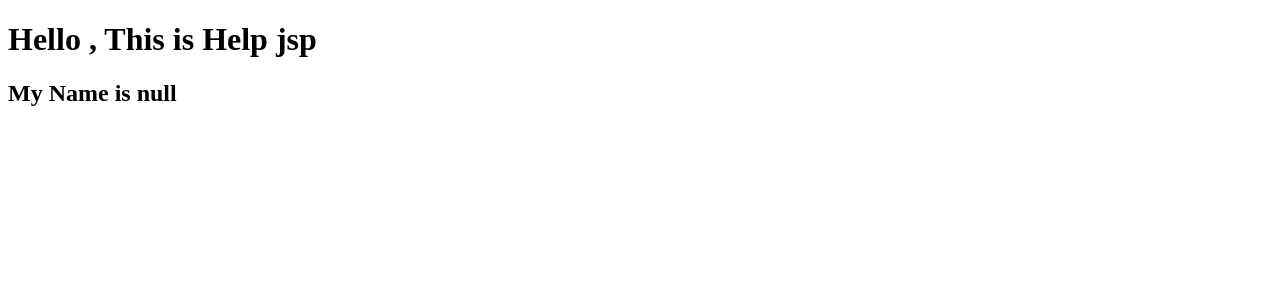
Repository: ashwin2-0/MineEclipseProjects
Page: http://localhost/springMVC/help
These files come from the project's save history. The page is drawn as it stood at one moment and after the next save; the edit follows.
The browser window is 1280 px wide. The pictures show the whole page.
The page is served by Tomcat 9. Other server files are loaded and not shown.

Above is the page before, as saved 2025-04-10 18:52:42.

### Spring_Core/SpringMVC/springMVC/src/main/webapp/WEB-INF/spring-servlet.xml
<?xml version="1.0" encoding="UTF-8"?>
<beans xmlns="http://www.springframework.org/schema/beans"
	xmlns:xsi="http://www.w3.org/2001/XMLSchema-instance"
	xmlns:p="http://www.springframework.org/schema/p"
	xmlns:context="http://www.springframework.org/schema/context"
	xsi:schemaLocation="
           http://www.springframework.org/schema/beans
           https://www.springframework.org/schema/beans/spring-beans.xsd
           http://www.springframework.org/schema/context
           https://www.springframework.org/schema/context/spring-context.xsd">

	<context:component-scan
		base-package="springMVC.controller"></context:component-scan>
	<bean
		class="org.springframework.web.servlet.view.InternalResourceViewResolver"
		name="viewResolver">
		<property name="prefix" value="/WEB-INF/views/"></property>
		<property name="suffix" value=".jsp"></property>
	</bean>
</beans>

### Spring_Core/SpringMVC/springMVC/src/main/webapp/WEB-INF/views/help.jsp
<%@ page language="java" contentType="text/html; charset=UTF-8"
	pageEncoding="UTF-8"%>
<!DOCTYPE html>
<html>
<head>
<meta charset="UTF-8">
<title>Insert title here</title>
</head>
<body>
	<%
	String name =(String) request.getAttribute("name");
	Integer collection = (Integer) request.getAttribute("collection");
	String  timeNow = (String) request.getAttribute("time");


%>
	<h1>Hello , This is Help jsp</h1>
	<h2>My Name is <%=name %></h2>
</body>
</html>

### Spring_Core/SpringMVC/springMVC/src/main/java/springMVC/controller/HomeController.java
package springMVC.controller;

import java.time.LocalDateTime;
import java.util.Arrays;
import java.util.List;

import org.springframework.stereotype.Controller;
import org.springframework.ui.Model;
import org.springframework.web.bind.annotation.RequestMapping;
import org.springframework.web.servlet.ModelAndView;

@Controller
public class HomeController {
	@RequestMapping("/home")
	public String home(Model model) {
		System.out.println("from homeController inside home method");
		model.addAttribute("name", "Durgesh Tiwar");
		model.addAttribute("sname", "Aniket Kumar Joshis");
		List<String> sub = Arrays.asList("Java,Spring Boot, JSP , Jquery ,MySQL");
		model.addAttribute("subjects", sub);
		String page = "index";
		return page;
	}

	@RequestMapping("/about")
	public String about() {
		System.out.println("from homeController inside About  method");
		String page = "about";
		return page;
	}

	// writing to show the demo of model and view
	@RequestMapping("/help")
	public ModelAndView help() {

		ModelAndView modelAndView = new ModelAndView();
		modelAndView.addObject("Name :", "Die With You");
		modelAndView.addObject("collection", 2000);
		LocalDateTime time = LocalDateTime.now();
		String t = time.toString();
		modelAndView.addObject("time", t);

		return modelAndView;

	}
}

After the next save:
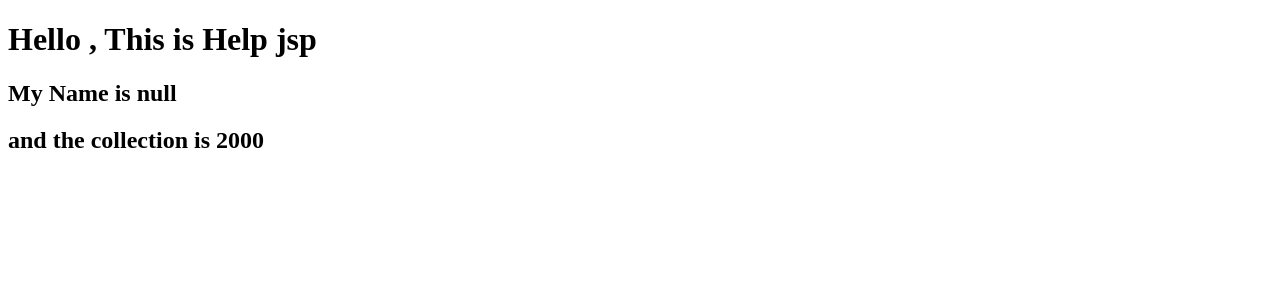
Saved 19 s later.
--- a/Spring_Core/SpringMVC/springMVC/src/main/webapp/WEB-INF/views/help.jsp
+++ b/Spring_Core/SpringMVC/springMVC/src/main/webapp/WEB-INF/views/help.jsp
@@ -16,5 +16,6 @@
 %>
 	<h1>Hello , This is Help jsp</h1>
 	<h2>My Name is <%=name %></h2>
+	<h2> and the collection  is <%=collection %></h2>
 </body>
 </html>
